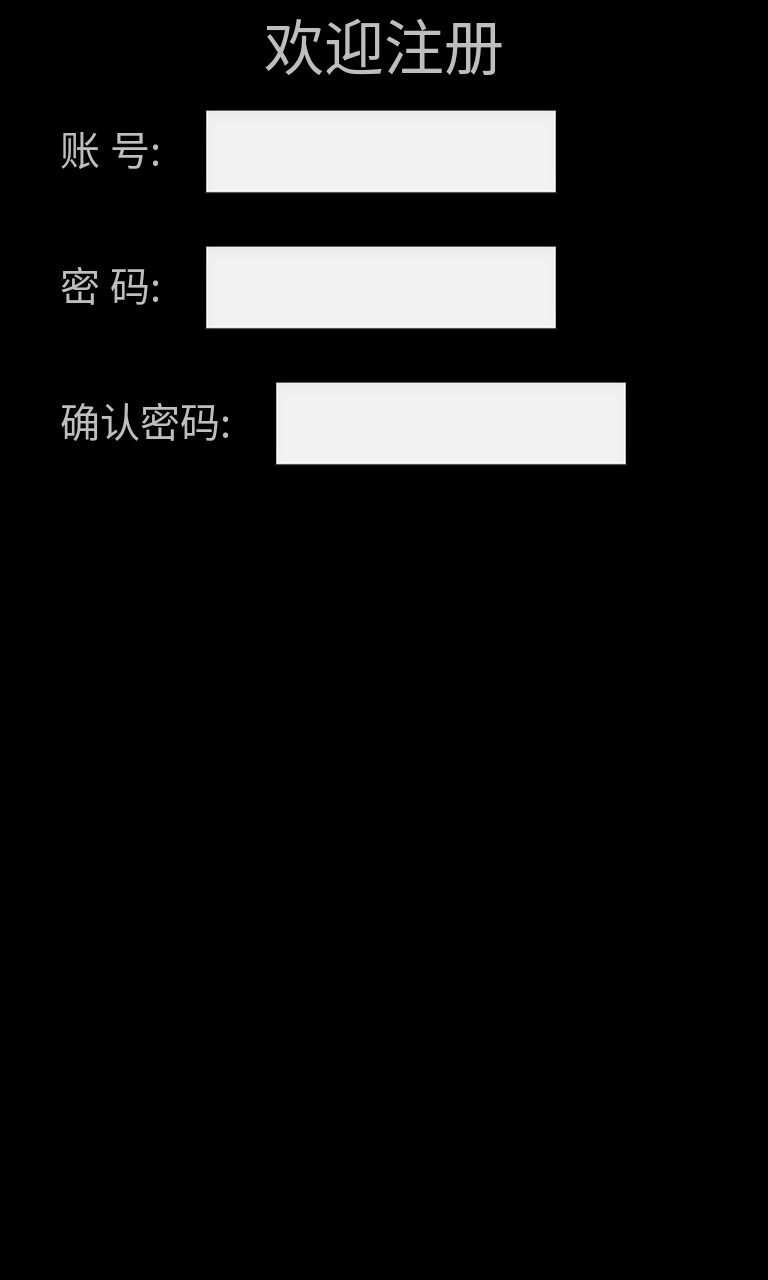
Repository: jcyfkimi/Android-TaoTao
Layout: TaoTao/res/layout/reg.xml
An editor plug-in stored every save of this project. The layout is shown before and after the next save, followed by the edit.
It is drawn on a 768 x 1280 px phone screen (xhdpi) without system bars, with theme android:Theme; the app's code is not run.

Above is the layout before, as saved 2011-09-13 07:17:20.

After the next save:
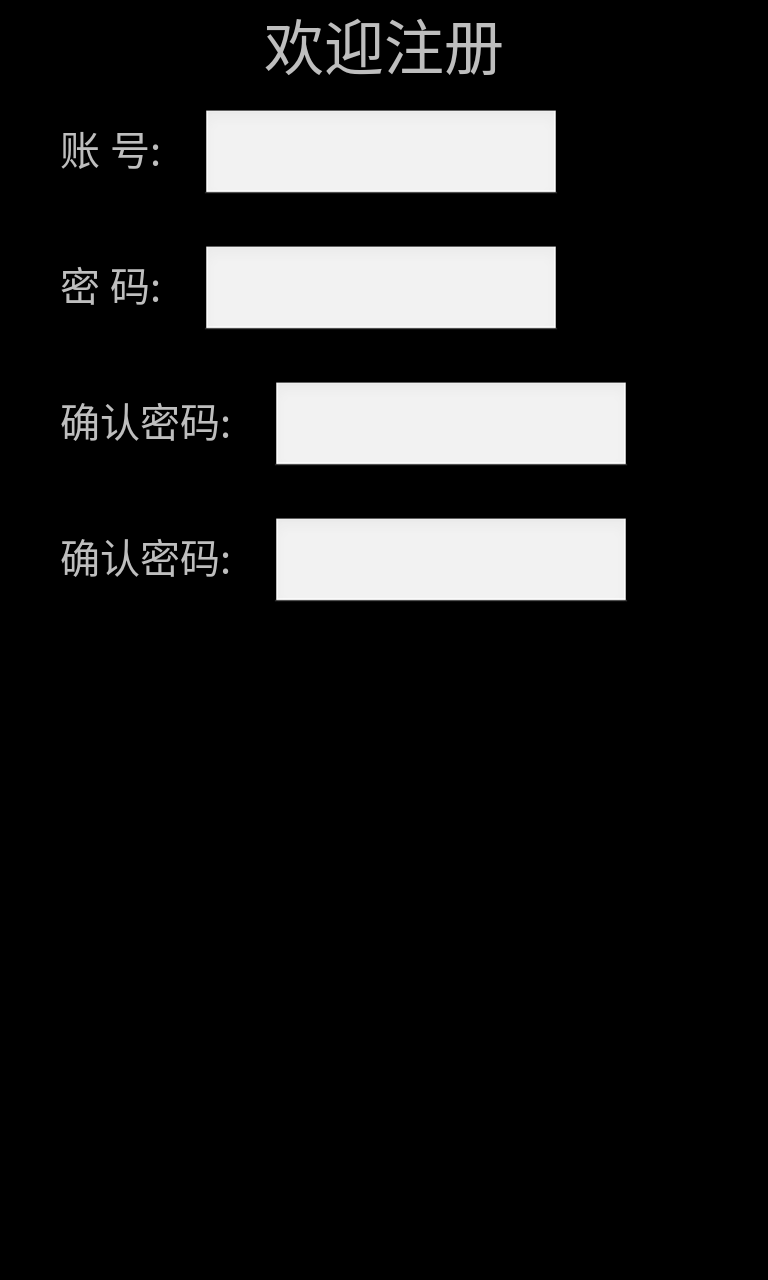
Saved 16 s later.
--- a/TaoTao/res/layout/reg.xml
+++ b/TaoTao/res/layout/reg.xml
@@ -65,4 +65,23 @@
 	  	android:layout_marginLeft="20dip"
 	  	android:layout_marginTop="10dip"/>
 	  </LinearLayout>
+
+	   <LinearLayout
+	  xmlns:android="http://schemas.android.com/apk/res/android"
+	  android:orientation="horizontal"
+	  android:layout_width="wrap_content"
+	  android:layout_height="wrap_content"
+	  android:layout_marginTop="10dip">
+	  <TextView android:layout_width="wrap_content"
+	  	android:layout_height="wrap_content"
+	  	android:layout_marginLeft="30dip"
+	  	android:layout_marginTop="10dip"
+	  	android:text="@string/regpasscfm"
+	  	android:textSize="20dip"/>
+	  <EditText android:id="@+id/regpasscfm"
+	  	android:layout_width="180dip"
+	  	android:layout_height="wrap_content"
+	  	android:layout_marginLeft="20dip"
+	  	android:layout_marginTop="10dip"/>
+	  </LinearLayout>
 </LinearLayout>
